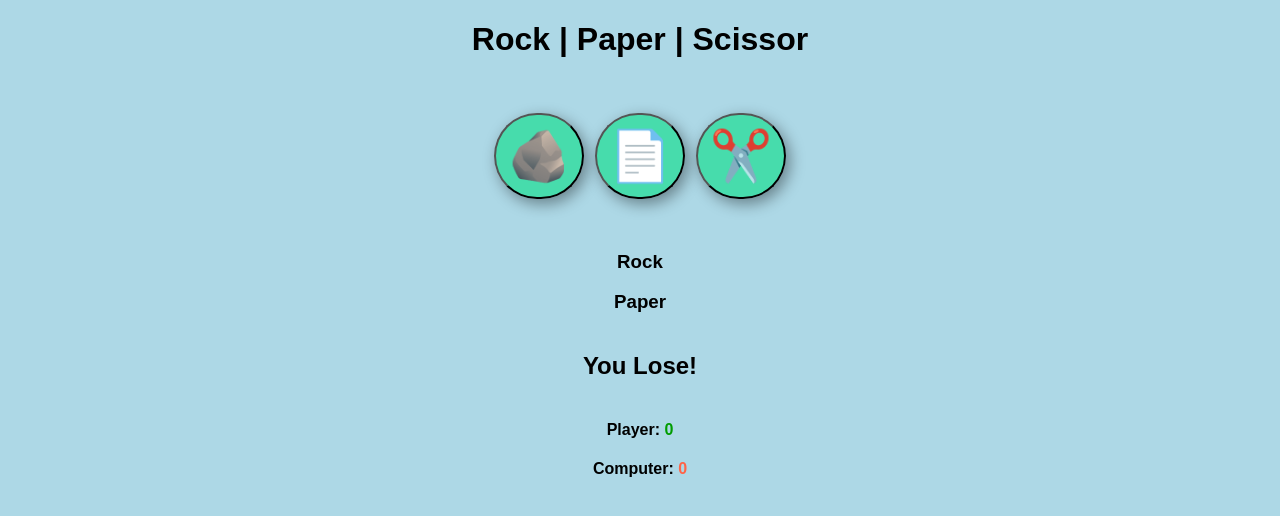
Repository: SakthivelDurai47/Rock-Paper-Sissors
Page: index.html
An editor plug-in stored every save of this project. The page is shown before and after the next save, followed by the edit.
The browser window is 1280 px wide. The pictures show the whole page.
After loading, the first visible `button` was clicked once.

Above is the page before, as saved 2025-04-14 22:44:31.

After the next save:
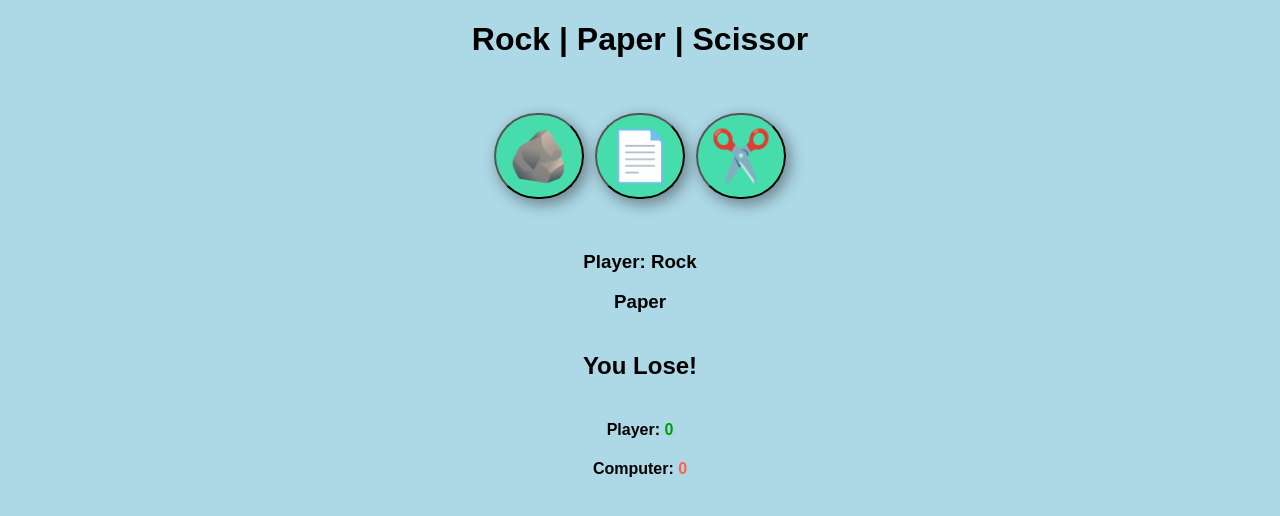
Saved 28 s later.
--- a/index.js
+++ b/index.js
@@ -25,7 +25,7 @@ function playGame(playerChoice) {
         break;
     }
   }
-  playerInfo.textContent = playerChoice;
+  playerInfo.textContent = `Player: ${playerChoice}`;
   computerInfo.textContent = computerChoice;
   result.textContent = results;
 }
